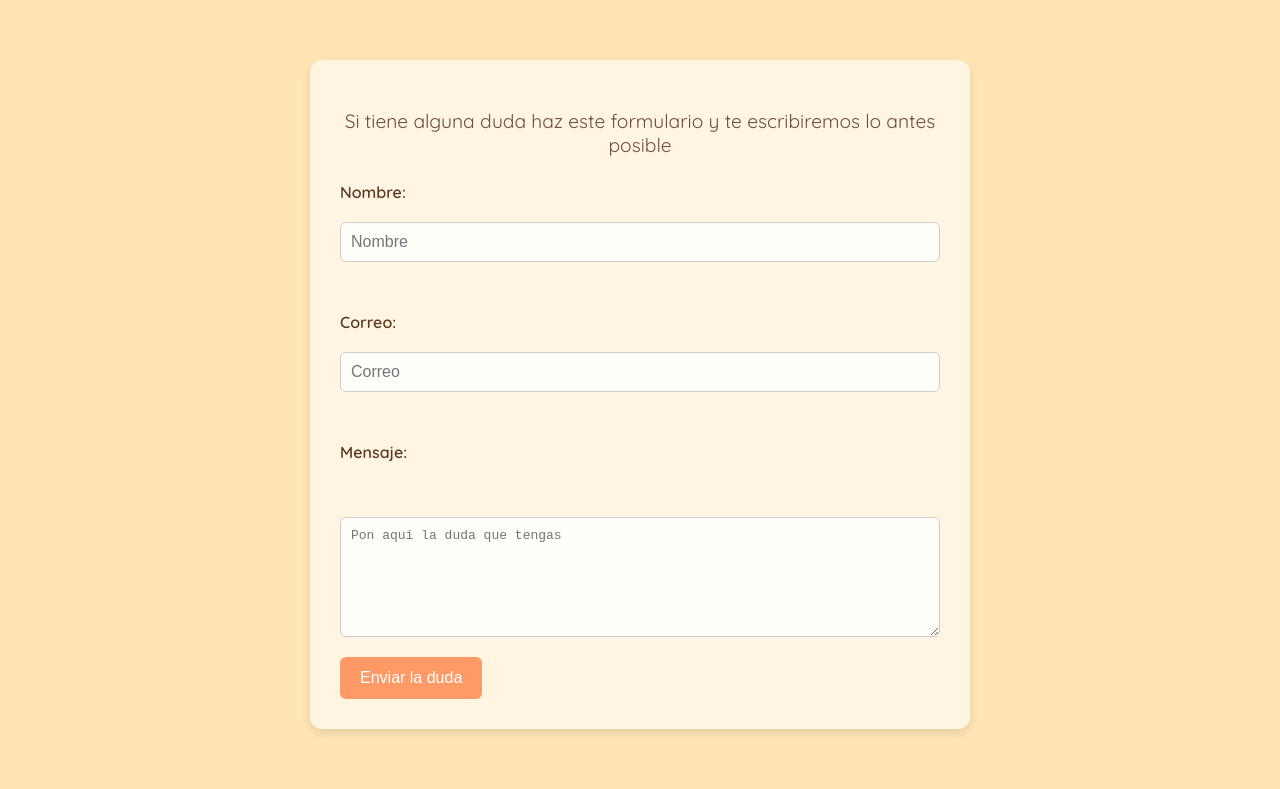
Repository: adriarodrisan/PetLover
Page: Paginas_web/contacto.html
The author's editor kept a copy of each file at every save. The page is drawn from the files as they stood at one save, then again after the next save.
The browser window is 1280 px wide. The pictures show the whole page.

Above is the page before, as saved 2025-05-15 18:18:50.

After the next save:
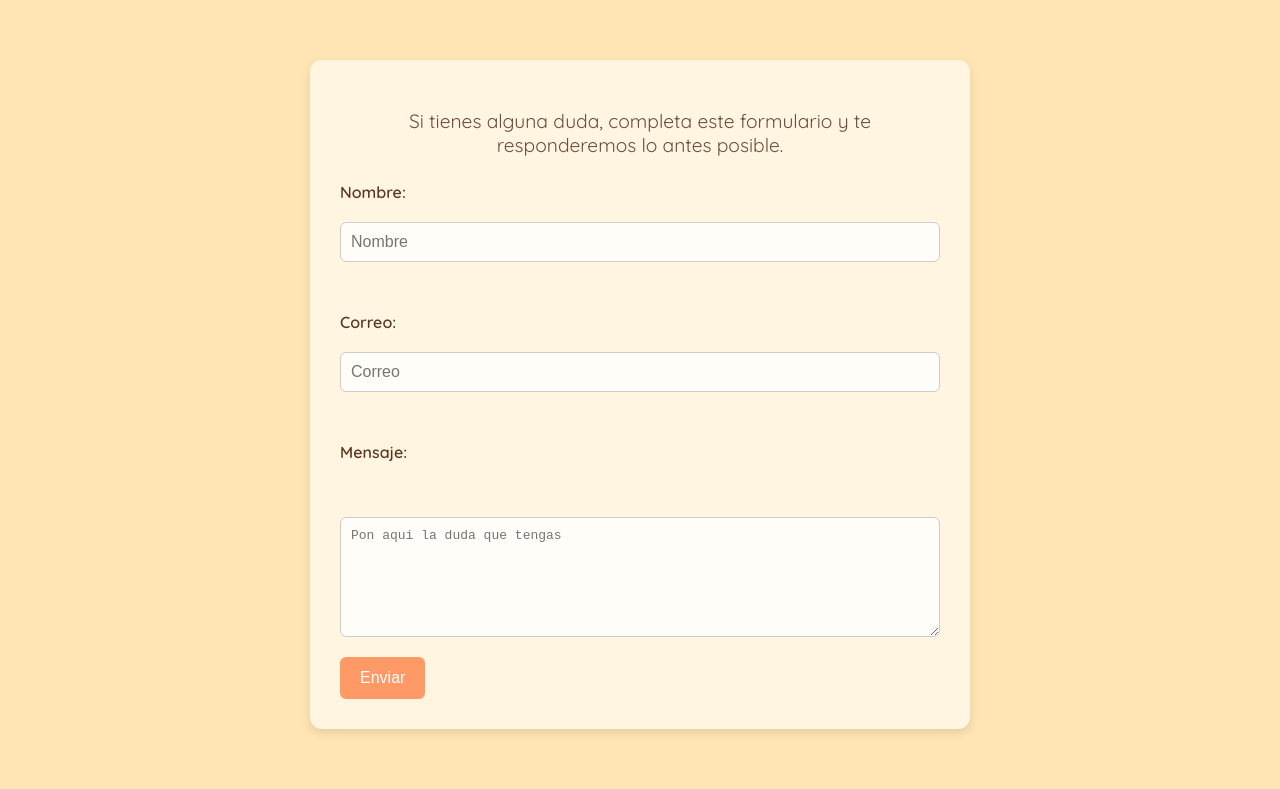
Saved 3 h 1 min later.
--- a/Paginas_web/contacto.html
+++ b/Paginas_web/contacto.html
@@ -1,28 +1,32 @@
 <!DOCTYPE html>
 <html lang="es">
+
 <head>
-    <meta charset="UTF-8">
-    <meta name="viewport" content="width=device-width, initial-scale=1.0">
-    <title>Contacto</title>
-    <link rel="stylesheet" href="./Css_Paginas/contacto.css">
-      <link href="https://fonts.googleapis.com/css2?family=Quicksand:wght@400;600&display=swap" rel="stylesheet">
+  <meta charset="UTF-8">
+  <meta name="viewport" content="width=device-width, initial-scale=1.0">
+  <title>Contacto</title>
+  <link rel="stylesheet" href="./Css_Paginas/contacto.css">
+  <link href="https://fonts.googleapis.com/css2?family=Quicksand:wght@400;600&display=swap" rel="stylesheet">
 </head>
+
 <body>
-    <div>
-        <section>
-            <p>Si tiene alguna duda haz este formulario y te escribiremos lo antes posible</p>
-            <form>
-                <div class="campo">
-                    <label for="nombre"> Nombre:</label>
-                    <input type="text" name="nombre" placeholder="Nombre" required><br/>
-                    <label for="correo"> Correo:</label>
-                    <input type="email" name="correo" placeholder="Correo" required><br/>
-                  <label for="mensaje">Mensaje:</label><br/>
-                  <textarea id="mensaje" name="mensaje" rows="4" cols="50" required placeholder="Pon aqui la duda que tengas"></textarea>
-                </div>
-                <button type="submit" class="btn">Enviar la duda</button>
-              </form>
-        </section>
-    </div>
+  <div>
+    <section>
+      <p>Si tienes alguna duda, completa este formulario y te responderemos lo antes posible.</p>
+      <form action="mail_contacto.php" method="post">
+        <div class="campo">
+          <label for="nombre"> Nombre:</label>
+          <input type="text" name="nombre" placeholder="Nombre" required><br />
+          <label for="correo"> Correo:</label>
+          <input type="email" name="correo" placeholder="Correo" required><br />
+          <label for="mensaje">Mensaje:</label><br />
+          <textarea id="mensaje" name="mensaje" rows="4" cols="50" required
+            placeholder="Pon aqui la duda que tengas"></textarea>
+        </div>
+        <button type="submit" class="btn">Enviar</button>
+      </form>
+    </section>
+  </div>
 </body>
+
 </html>
